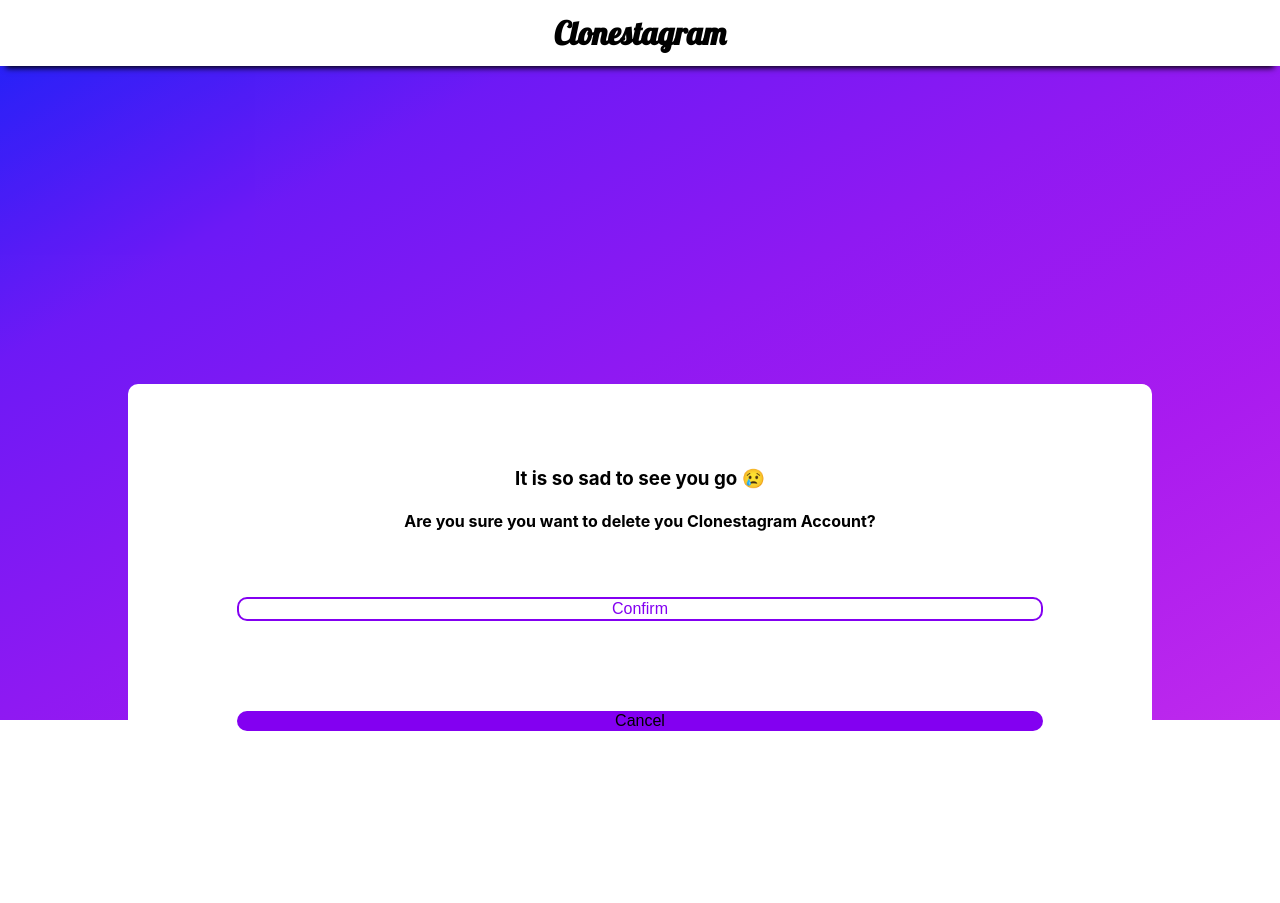
Repository: MikeMoore55/clonestagram
Page: /delaccount
The author's editor kept a copy of each file at every save. The page is drawn from the files as they stood at one save, then again after the next save.
The browser window is 1280 px wide. The pictures show the whole page.
The page's requests for data from a server got no answer. The project was rebuilt for these pictures with package versions that can differ from the ones it lists, and the page was loaded fresh each time. The framework's server and built-in components were replaced by stand-ins that run in the browser. No one was signed in, and anything a server would have sent is missing. Also part of the build but not shown: next.config.js.

Above is the page before, as saved 2022-11-24 09:05:01.

### pages/_app.jsx
import Layout from '../components/Layout/Layout';
import '../styles/globals.css';

export default function MyApp({ Component, pageProps }) {
  return (
    <Layout>
      <Component {...pageProps} />
    </Layout>
  );
};

### pages/delaccount.jsx
import React from 'react';
import Link from 'next/link';
import Router,{useRouter} from 'next/router';
import { SupaBaseDB } from '../utils/dbconnect';
import { parseCookies } from '../helpers/cookie';
import styles from '../styles/DelAccount.module.css';
import Footer from '../components/Layout/Footer'

export default function DelAccount( { data } ) {
    const router = useRouter();
    const id = [data];
    function extractId(arr, prop) {
        const extractedValue = arr.map(item => item[prop]);
        return extractedValue;
    }

    const cookieId = extractId(id, 'user');
    const userId = cookieId.toString();

    console.log(userId);

    const delAccount = async () => {

        // delete the account of user
        const account = await SupaBaseDB
            .from("account")
            .delete()
            .eq("account_id", userId);

        // delete all the posts of user too
        const posts = await SupaBaseDB
            .from("posts")
            .delete()
            .eq("user_id", userId);

        if (account.error) {
            console.log(account.error['message']);
        }
        else if (posts.error) {
            console.log(posts.error["message"]);
        }
        else {
            console.log('account deleted successfully');
            router
                .push({
                    pathname: '/', // when successful take to the feed page
                });
        }
    }

    return (
        <div className={styles.container}>
            <div className={styles.block}>
                <h3 className={styles.heading1}>It is so sad to see you go 😢</h3>
                <h4 className={styles.heading2}>Are you sure you want to delete you Clonestagram Account?</h4>
                <div className={styles.btnContainer}>
                    <button className={styles.confirm} onClick={() => delAccount()}>Confirm</button>
                    <button className={styles.cancel}><Link href={'/home'}>Cancel</Link></button>
                </div>
            </div>
            {/* for a cool background effect */}
            <div className={styles.backgroundFeature}>
                1
            </div>
            <Footer/>
        </div>
    );
};

export async function getServerSideProps({ req, res }) {
    const data = parseCookies(req);

    if (res) {
        if (Object.keys(data).length === 0 && data.constructor === Object) {
            res.writeHead(301, { Location: "/signin" });
            res.end();
        }
    }

    return {
        props: {
            data: data && data,
        }
    };
};

// del from supabase
// take to index page

### components/Layout/Layout.jsx
import React from 'react';
import Header from './Header';

// layout across app
export default function Layout({children}) {
  return (
    <div id='Layout'>
      <Header />
      {children}
    </div>
  );
};

### styles/globals.css
html,
body {
  padding: 0;
  margin: 0;
  font-family: -apple-system, BlinkMacSystemFont, Segoe UI, Roboto, Oxygen,
    Ubuntu, Cantarell, Fira Sans, Droid Sans, Helvetica Neue, sans-serif;
}

a {
  color: inherit;
  text-decoration: none;
}

* {
  box-sizing: border-box;
}

@media (prefers-color-scheme: dark) {
  html {
    color-scheme: dark;
  }

  body {
    color: black;
    background: rgb(234, 233, 233);
  }
}

### utils/dbconnect.js
import { createClient } from "@supabase/supabase-js";

const supabaseUrl = process.env.NEXT_PUBLIC_SUPABASE_URL;
const supabaseApi = process.env.NEXT_PUBLIC_SUPABASE_API_KEY;

export const SupaBaseDB = createClient(supabaseUrl, supabaseApi);

### helpers/cookie.js
import cookie from "cookie";

export function parseCookies(req) {
    return cookie.parse(req ? req.headers.cookie || "" : document.cookie)
}

### styles/DelAccount.module.css
.container {
    position: relative;
    width: 100%;
    padding-top: 20%;
}

.block {
    position: relative;
    width: 80%;
    margin: 10% 10% 5% 10%;
    text-align: center;
    background-color: white;
    border-radius: 10px;
    padding: 5% 5% 5% 5%;
}

.confirm {
    position: relative;
    width: 90%;
    margin: 5%;
    border: #8300f1 solid 2px;
    color: #8300f1;
    font-size: 1em;
    font-weight: 400;
    border-radius: 10px;
    background-color: white;
}

.cancel {
    position: relative;
    width: 90%;
    margin: 5%;
    background-color: #8300f1;
    border: none;
    border-radius: 10px;
    font-size: 1em;
    font-weight: 400;
}

.backgroundFeature {
    position: fixed;
    color: transparent;
    background-image: linear-gradient(to right bottom, #000bf8, #5e00f5, #8300f1, #a002ee, #b812eb);
    width: 100%;
    height: 100%;
    bottom: 0%;
    right: 0%;
    top: 0%;
    left: 0%;
    z-index: -1;
    opacity: 0.9;
}

### components/Layout/Footer.jsx
import React from 'react';
import styles from '../../styles/Footer.module.css';

export default function Footer() {
    return (
        <footer className={styles.footer}>
            @2022Clonstagram
        </footer>
    );
};

### components/Layout/Header.jsx
import React from 'react';
import styles from '../../styles/Header.module.css';

export default function Header() {
    return (
        <header className={styles.header}>
            <h1>Clonestagram</h1>
        </header>
    );
};

### styles/Footer.module.css
.footer {
    position: fixed;
    bottom: 0%;
    left: 0%;
    right: 0%;
    width: 100%;
    text-align: center;
    color: white;
    padding: 2%;
}

@media (min-width: 490px) {
    .footer {
        font-size: 1.7em;
    }
}

@media (min-width: 1000px) {
    .footer {
        font-size: 1em;
    }
}

### styles/Header.module.css
@font-face {
    font-family: 'Lobster';
    src: url(../assets/Lobster/Lobster-Regular.ttf);
}

.header {
    position: fixed;
    top: 0%;
    left: 0%;
    right: 0%;
    width: 100%;
    text-align: center;
    background-color: white;
    box-shadow: 0 8px 6px -6px black;
    z-index: 5;
    margin: 0%;
    padding: 3.5%;
}

.header h1 {
    margin: 0%;
    padding: 0%;
    font-family: 'Lobster', cursive;
    color: black;
    font-weight: 800;
}


@media (min-width: 490px) {
    .header {
        padding: 3%;
    }

    .header h1 {
        font-size: 2.7em;
    }
}

@media (min-width: 1000px) {
    .header {
        padding: 1%;
    }

    .header h1 {
        font-size: 2em;
    }
}

After the next save:
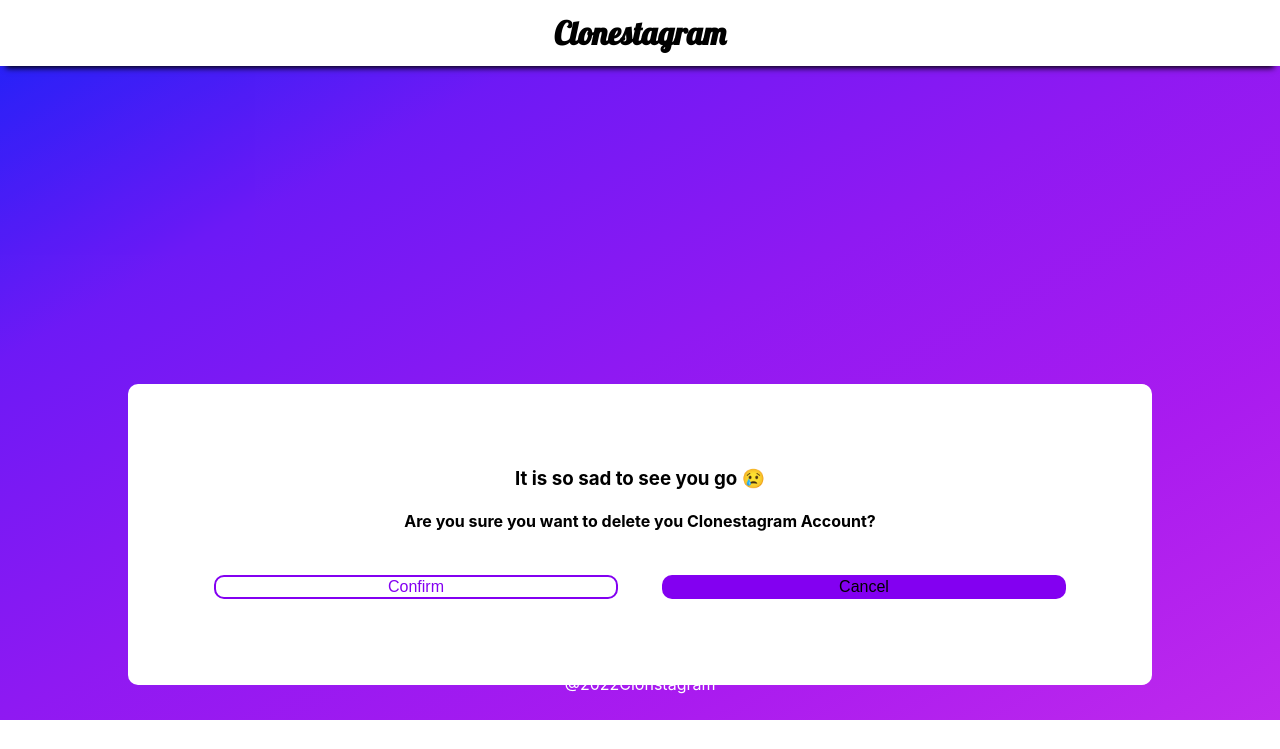
Saved 13 s later.
--- a/styles/DelAccount.module.css
+++ b/styles/DelAccount.module.css
@@ -26,6 +26,12 @@
     background-color: white;
 }
 
+.btnContainer {
+    position: relative;
+    display: grid;
+    grid-template-columns: 50% 50%;
+}
+
 .cancel {
     position: relative;
     width: 90%;
